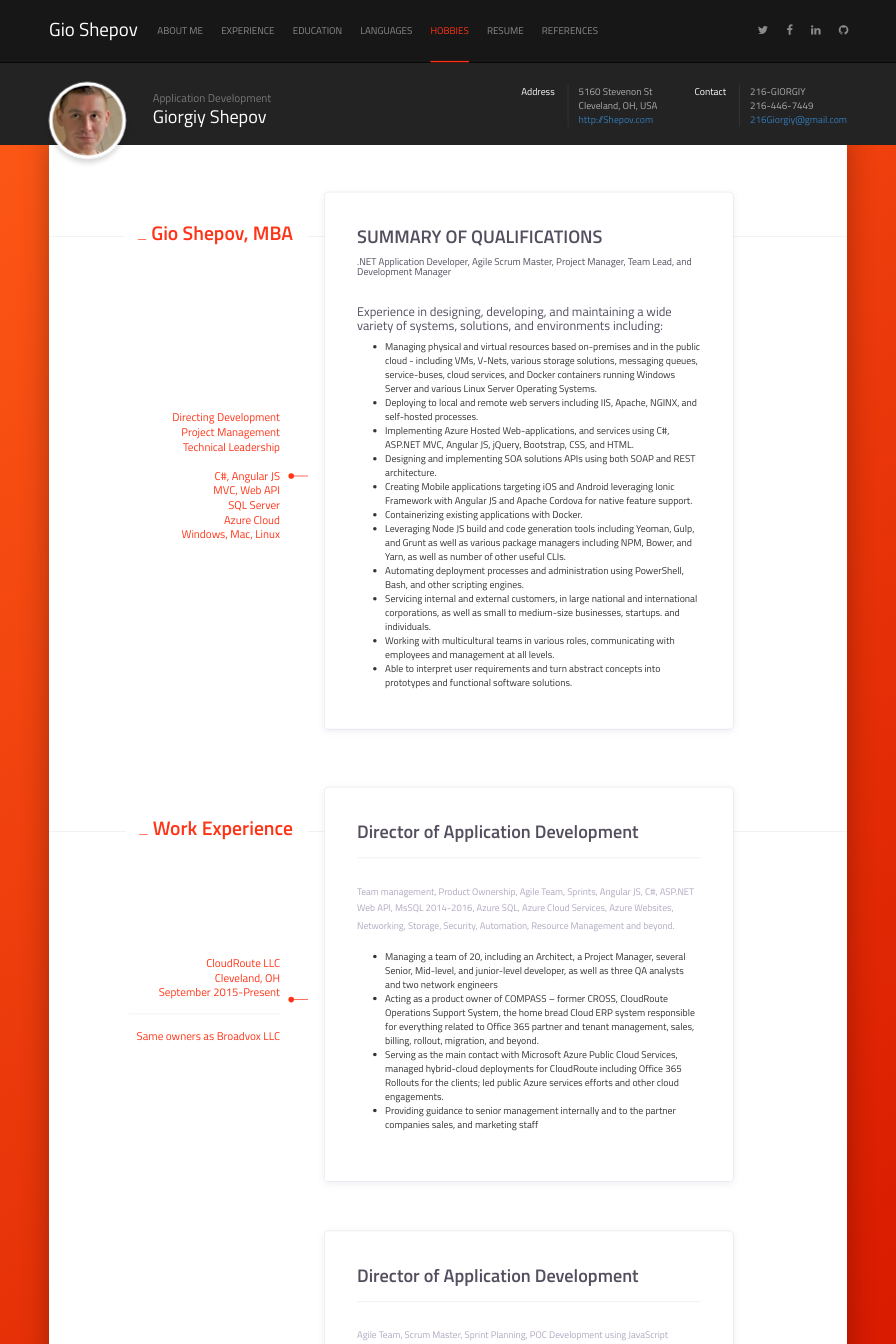
Repository: george-shepov/Shepov.com
Page: index.html
An editor plug-in stored every save of this project. The page is shown before and after the next save, followed by the edit.
The browser window is 1280 px wide. The pictures show the part of the page from y = 0 to 1920 px (the page is 4806 px tall), at 70% of full size.
Some web libraries are served in a nearby version.

Above is the page before, as saved 2018-06-27 00:21:20.

After the next save:
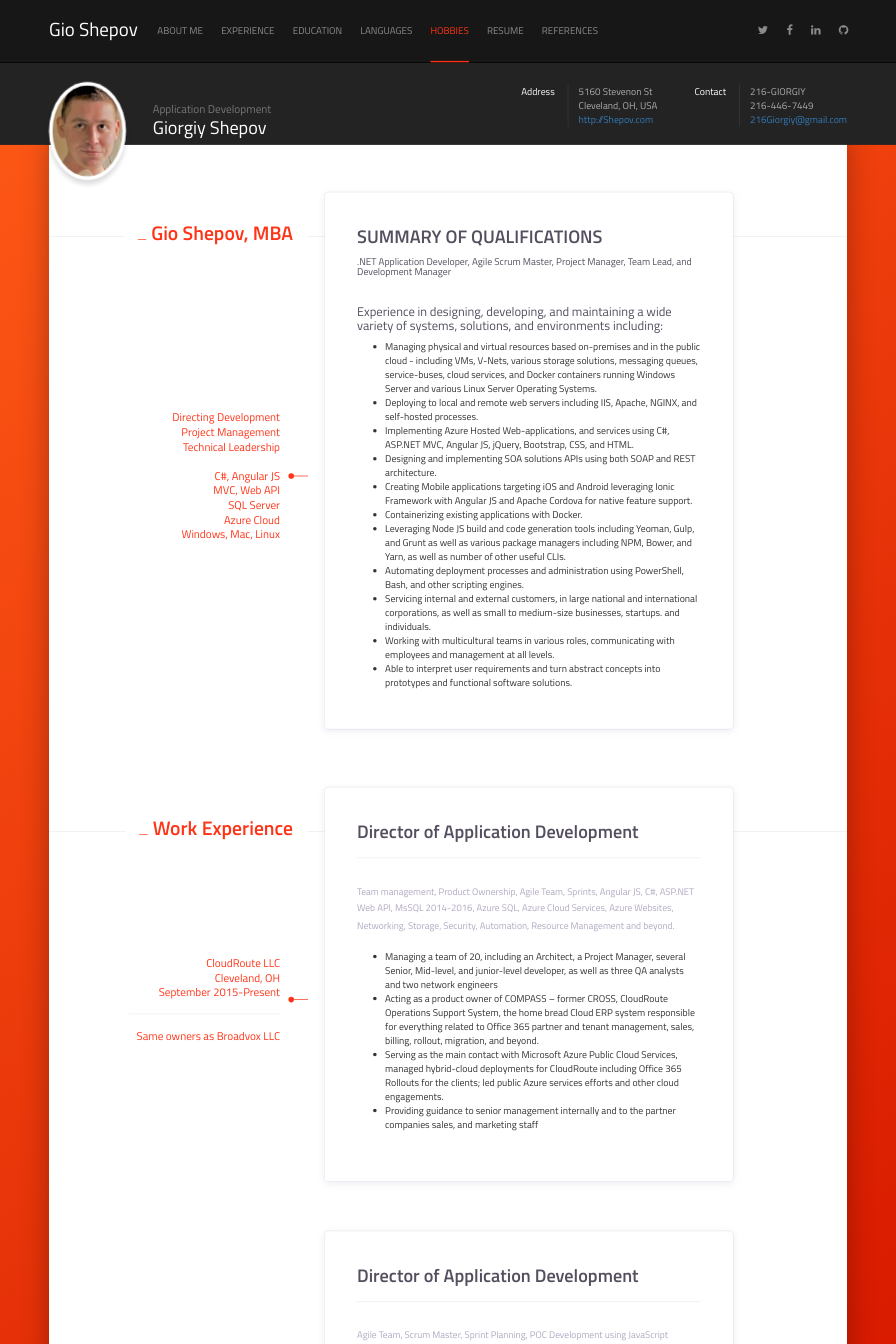
Saved 24 s later.
--- a/index.html
+++ b/index.html
@@ -72,7 +72,7 @@
             <div class="row">
                 <div class="col-md-5">
                     <div class="avatar">
-                        <img src="img/global-info/Gio2.jpeg" alt="" class="img-responsive">
+                        <img src="img/global-info/Gio-face.jpeg" alt="" class="img-responsive">
                     </div>
                     <div class="name-jobtitle">
                         <h2 class="title"><small>Application Development</small>Giorgiy Shepov</h2>
